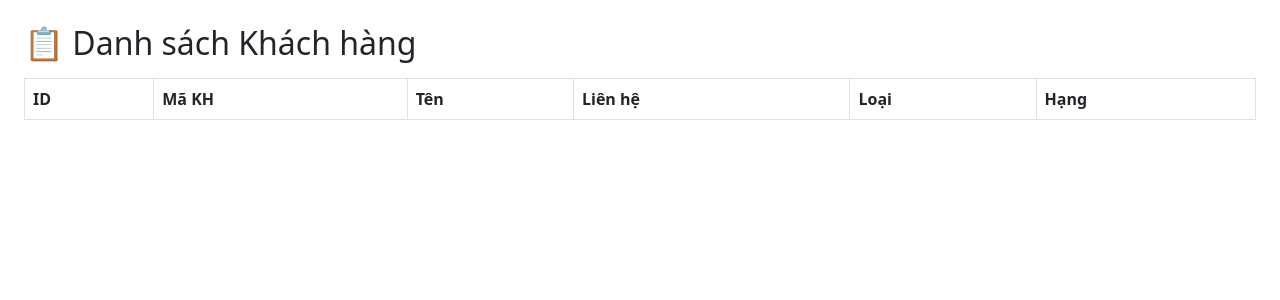
Repository: NguyenPro77/Epic-2-Qu-n-l-Kh-ch-h-ng-Customers---B2B-B2C-
Page: http://localhost/CRM_LEADS_MVC/customers
An editor plug-in stored every save of this project. The page is shown before and after the next save, followed by the edit.
The browser window is 1280 px wide. The pictures show the whole page.
The page is served by Tomcat 10. Queries for data that is not in the repository find no rows.

Above is the page before, as saved 2026-04-10 08:12:07.

After the next save:
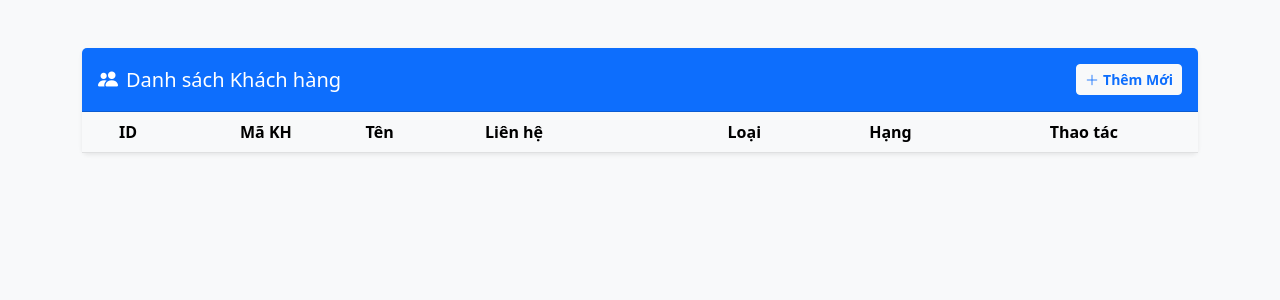
Saved 13 min 10 s later.
--- a/CRM_LEADS_MVC/src/main/webapp/customer-list.jsp
+++ b/CRM_LEADS_MVC/src/main/webapp/customer-list.jsp
@@ -2,57 +2,112 @@
 <%@ taglib uri="jakarta.tags.core" prefix="c" %>
 
 <!DOCTYPE html>
-<html>
+<html lang="vi">
 <head>
     <meta charset="UTF-8">
     <title>Danh sách Khách hàng</title>
     <link href="https://cdn.jsdelivr.net/npm/bootstrap@5.3.0/dist/css/bootstrap.min.css" rel="stylesheet">
+    <link href="https://cdn.jsdelivr.net/npm/bootstrap-icons@1.10.5/font/bootstrap-icons.css" rel="stylesheet">
+
+    <style>
+        /* Thêm chút màu nền dịu mắt cho body */
+        body {
+            background-color: #f8f9fa;
+        }
+        /* Bo góc bảng để gọn gàng hơn khi nằm trong Card */
+        .table-container {
+            overflow-x: auto;
+        }
+    </style>
 </head>
 
-<body class="p-4">
+<body>
 
-<h2>📋 Danh sách Khách hàng</h2>
+<div class="container mt-5 mb-5">
+    <div class="card shadow-sm border-0">
 
-<table class="table table-bordered mt-3">
-    <thead>
-        <tr>
-            <th>ID</th>
-            <th>Mã KH</th>
-            <th>Tên</th>
-            <th>Liên hệ</th>
-            <th>Loại</th>
-            <th>Hạng</th>
-        </tr>
-    </thead>
+        <div class="card-header bg-primary text-white d-flex justify-content-between align-items-center py-3">
+            <h5 class="mb-0"><i class="bi bi-people-fill me-2"></i>Danh sách Khách hàng</h5>
+            <button class="btn btn-light btn-sm text-primary fw-bold">
+                <i class="bi bi-plus-lg me-1"></i>Thêm Mới
+            </button>
+        </div>
 
-    <tbody>
-        <c:forEach var="c" items="${list}">
-        <tr>
-            <td>${c.id}</td>
-            <td>${c.customerCode}</td>
-            <td>${c.name}</td>
-            <td>
-                ${c.phone} <br>
-                <small>${c.email}</small>
-            </td>
+        <div class="card-body p-0 table-container">
+            <table class="table table-hover table-striped align-middle mb-0">
+                <thead class="table-light text-center">
+                    <tr>
+                        <th>ID</th>
+                        <th>Mã KH</th>
+                        <th class="text-start">Tên</th>
+                        <th class="text-start">Liên hệ</th>
+                        <th>Loại</th>
+                        <th>Hạng</th>
+                        <th>Thao tác</th>
+                    </tr>
+                </thead>
 
-            <!-- B2B / B2C -->
-            <td>
-                <span class="badge bg-info">
-                    ${c.customerType}
-                </span>
-            </td>
+                <tbody class="text-center">
+                    <c:forEach var="c" items="${list}">
+                    <tr>
+                        <td class="text-muted fw-bold">#${c.id}</td>
 
-            <!-- Vàng / Bạc / Kim Cương -->
-            <td>
-                <span class="badge bg-warning text-dark">
-                    ${c.tierName}
-                </span>
-            </td>
-        </tr>
-        </c:forEach>
-    </tbody>
-</table>
+                        <td>
+                            <span class="badge bg-light text-dark border">${c.customerCode}</span>
+                        </td>
 
+                        <td class="text-start fw-medium">${c.name}</td>
+
+                        <td class="text-start">
+                            <div><i class="bi bi-telephone-fill text-success me-2"></i>${c.phone}</div>
+                            <div class="text-muted small mt-1">
+                                <i class="bi bi-envelope-fill text-danger me-2"></i>${c.email}
+                            </div>
+                        </td>
+
+                        <td>
+                            <c:choose>
+                                <c:when test="${c.customerType == 'B2B'}">
+                                    <span class="badge rounded-pill bg-primary px-3">${c.customerType}</span>
+                                </c:when>
+                                <c:otherwise>
+                                    <span class="badge rounded-pill bg-success px-3">${c.customerType}</span>
+                                </c:otherwise>
+                            </c:choose>
+                        </td>
+
+                        <td>
+                            <c:choose>
+                                <c:when test="${c.tierName == 'Kim Cương' || c.tierName == 'Diamond'}">
+                                    <span class="badge bg-info text-dark"><i class="bi bi-gem me-1"></i>${c.tierName}</span>
+                                </c:when>
+                                <c:when test="${c.tierName == 'Vàng' || c.tierName == 'Gold'}">
+                                    <span class="badge bg-warning text-dark"><i class="bi bi-star-fill me-1"></i>${c.tierName}</span>
+                                </c:when>
+                                <c:otherwise>
+                                    <span class="badge bg-secondary"><i class="bi bi-award me-1"></i>${c.tierName}</span>
+                                </c:otherwise>
+                            </c:choose>
+                        </td>
+
+                        <td>
+                            <button class="btn btn-sm btn-outline-primary" title="Chỉnh sửa"><i class="bi bi-pencil-square"></i></button>
+                            <button class="btn btn-sm btn-outline-danger" title="Xóa"><i class="bi bi-trash"></i></button>
+                        </td>
+                    </tr>
+                    </c:forEach>
+                </tbody>
+            </table>
+        </div>
+
+        <c:if test="${not empty list}">
+            <div class="card-footer bg-white text-muted small text-end py-2">
+                Tổng số: ${list.size()} khách hàng
+            </div>
+        </c:if>
+    </div>
+</div>
+
+<script src="https://cdn.jsdelivr.net/npm/bootstrap@5.3.0/dist/js/bootstrap.bundle.min.js"></script>
 </body>
 </html>
